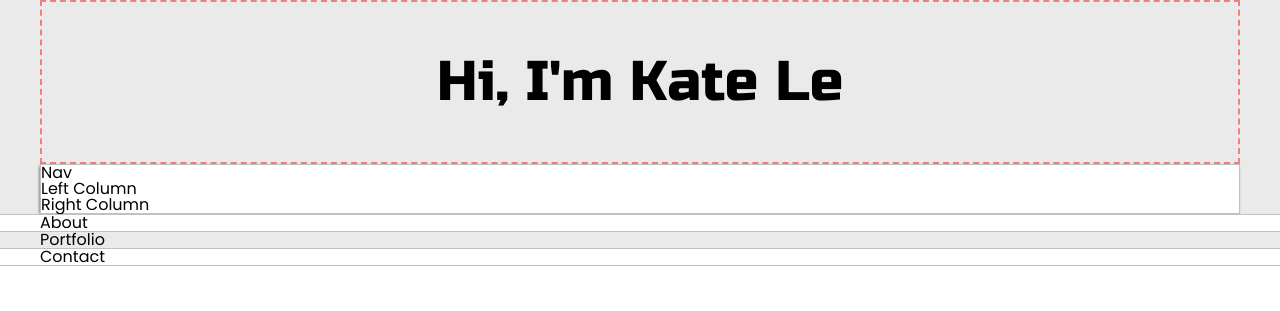
Repository: kate30980/my-persponal-website
Page: index.html
An editor plug-in stored every save of this project. The page is shown before and after the next save, followed by the edit.
The browser window is 1280 px wide. The pictures show the whole page.

Above is the page before, as saved 2021-08-26 17:27:05.

### index.html
<!DOCTYPE html>
<html lang="en">

<head>
    <meta charset="UTF-8">
    <meta http-equiv="X-UA-Compatible" content="IE=edge">
    <meta name="viewport" content="width=device-width, initial-scale=1.0">
    <title>Kate Le</title>
    <link rel="preconnect" href="https://fonts.googleapis.com">
    <link rel="preconnect" href="https://fonts.gstatic.com" crossorigin>
    <link rel="preconnect" href="https://fonts.googleapis.com">
    <link rel="preconnect" href="https://fonts.gstatic.com" crossorigin>
    <link href="https://fonts.googleapis.com/css2?family=Poppins:wght@300;400;600;700&family=Russo+One&display=swap"
        rel="stylesheet">
    <link rel="stylesheet" href="reset.css">
    <link rel="stylesheet" href="main.css">
</head>

<body>

    <section class="s1">
        <div class="main-container">
            <div class="greeting-wrapper">
                <h1>Hi, I'm Kate Le</h1>
            </div>

            <div class="intro-wrapper">
                <div class="nav-wrapper">
                    Nav
                </div>
                <div class="left-column">
                    Left Column
                </div>
                <div class="right-column">
                    Right Column
                </div>
            </div>

        </div>
    </section>

    <section class="s2">
        <div class="main-container">
            About
        </div>
    </section>

    <section class="s1">
        <div class="main-container">
            Portfolio
        </div>
    </section>

    <section class="s2">
        <div class="main-container">
            Contact
        </div>
    </section>

</body>

</html>

### main.css
:root {
  --mainText: black;
  --secondaryText: #4b5156;

  --mainColor: #eaeaea;
  --secondaryColor: #fff;

  --borderColor: #c1c1c1;
}

html,
body {
  padding: 0;
  margin: 0;
  font-family: "Poppins", sans-serif;
}
h1,
h2,
h3,
h4,
h5,
h6,
strong {
  color: var(--mainText);
  font-family: "Russo One", sans-serif;
  font-weight: 500;
}

p,
li,
span,
label,
input,
textarea,
select {
  color: var(--secondaryText);
  font-family: "Poppins", sans-serif;
}
ul {
  list-style: none;
}

a {
  text-decoration: none;
  color: #17a2b8;
}

h1 {
  font-size: 56px;
}
h2 {
  font-size: 36px;
}
h3 {
  font-size: 28px;
}
h4 {
  font-size: 24px;
}
h5 {
  font-size: 20px;
}
h6 {
  font-size: 16px;
}

.s1 {
  background-color: var(--mainColor);
  border-bottom: 1px solid var(--borderColor);
  overflow: auto;
}
.s2 {
  background-color: var(--secondaryColor);
  border-bottom: 1px solid var(--borderColor);
  overflow: auto;
}
.main-container {
  width: 1200px;
  margin: 0 auto;
}
.greeting-wrapper {
  display: grid;
  text-align: center;
  align-content: center;
  border: 2px dashed lightcoral;
  min-height: 10em;
}

.intro-wrapper {
  background-color: var(--secondaryColor);
  border: 1px solid var(--borderColor);
  -webkit-box-shadow: -1px 1px 3px -1px rgba(0, 0, 0, 0.75);
  -moz-box-shadow: -1px 1px 3px -1px rgba(0, 0, 0, 0.75);
  box-shadow: -1px 1px 3px -1px rgba(0, 0, 0, 0.75);
}

@media screen and (max-width: 1200px) {
  .main-container {
    width: 95%;
  }
}

Loaded but not shown: reset.css (common file)

After the next save:
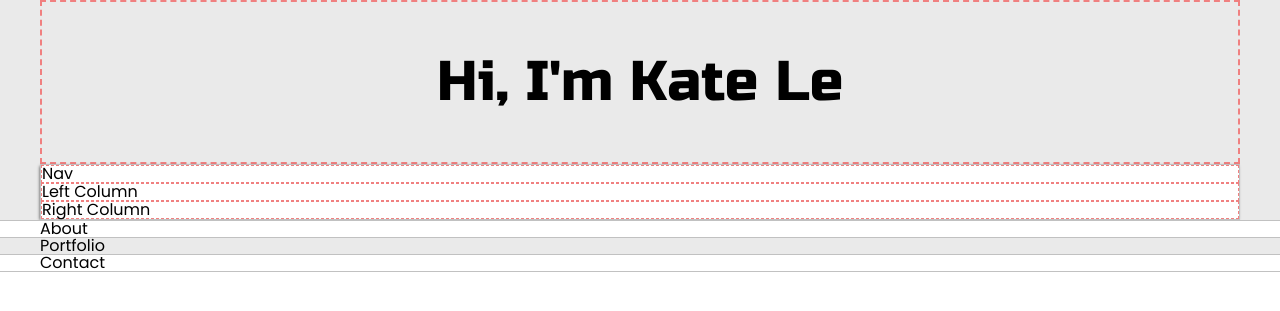
Saved 98 s later.
--- a/main.css
+++ b/main.css
@@ -94,6 +94,16 @@
   box-shadow: -1px 1px 3px -1px rgba(0, 0, 0, 0.75);
 }
 
+.nav-wrapper {
+  border: 1px dashed lightcoral;
+}
+.left-column {
+  border: 1px dashed lightcoral;
+}
+.right-column {
+  border: 1px dashed lightcoral;
+}
+
 @media screen and (max-width: 1200px) {
   .main-container {
     width: 95%;
